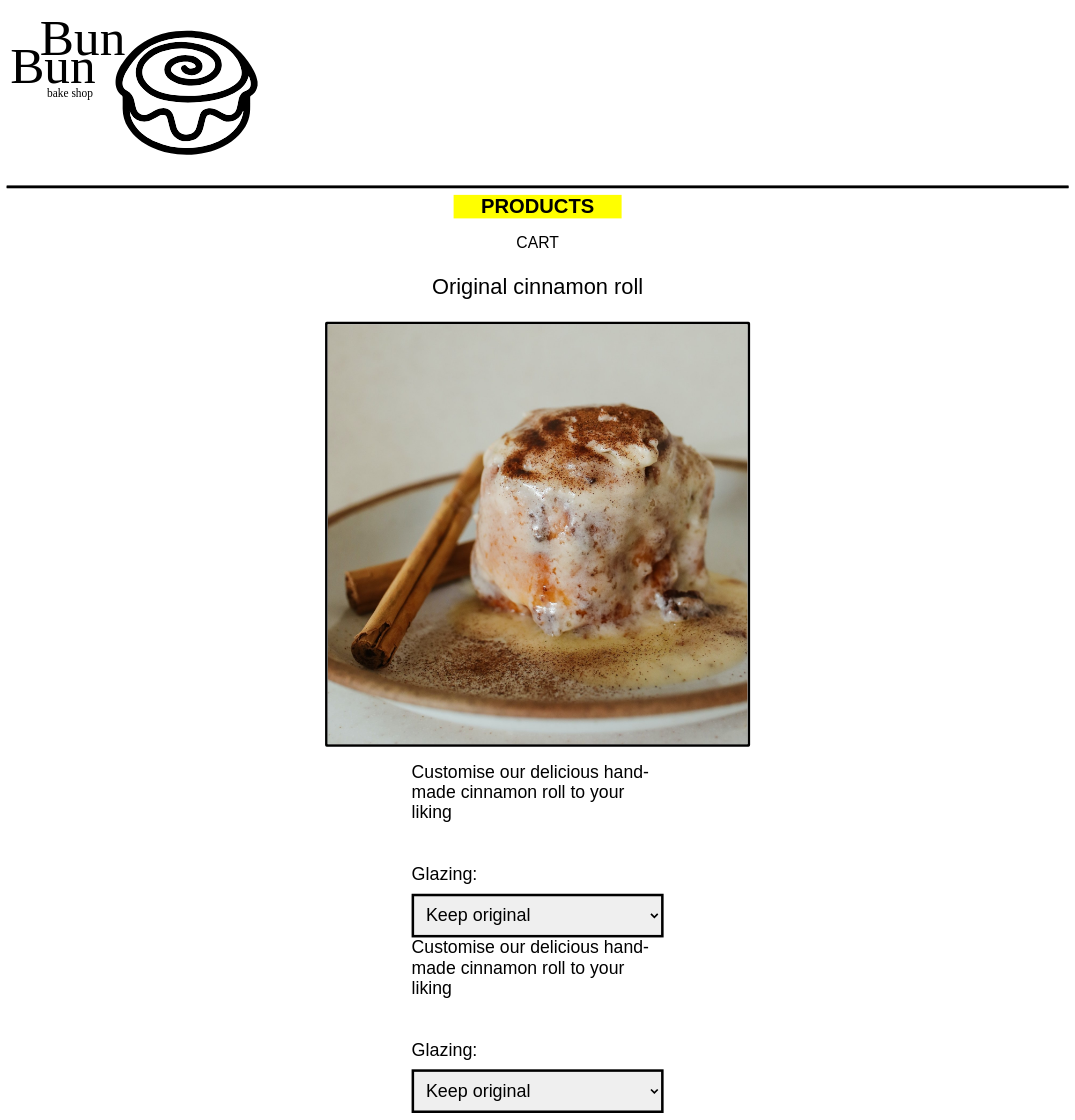
Repository: alicianghm/pui-hw
Page: solution-hw1/HW1-Detail.html
The author's editor kept a copy of each file at every save. The page is drawn from the files as they stood at one save, then again after the next save.
The browser window is 1280 px wide. The pictures show the whole page, at 84% of full size.

Above is the page before, as saved 2022-09-08 10:04:52.

### solution-hw1/HW1-Detail.html
<!DOCTYPE html>
<html>
  <head>
    <meta charset="utf-8">
    <meta name="author" content="Alicia Ng">
    <title>Bun Bun Bake Shop</title>
    <link href="hw1.css" rel="stylesheet" type="text/css">
  </head>
  <body>
    <h1 id="logo"><img src="assets/logo-01.svg"></h1>
    <hr size="3"
        color="black">
    <div id="nav">
      <h2 id="selectedButton">PRODUCTS</h2>
      <div class="cartButton"><h3>CART</h3></div>
    </div>
    <div>
      <p class="itemTitle"> Original cinnamon roll</p>
      <img src="assets/original-cinnamon-roll.jpeg" id="itemPage">
      <br>
      <div id="container">
        <p class="description"> Customise our delicious hand-made cinnamon roll to your liking</p>
          <p class="dropdownTitle">Glazing:</label>
          <div class="options">
            <select class="glazing">
              <option value="Keep original">Keep original</option>
              <option value="Sugar milk">Sugar milk</option>
              <option value="Vanilla milk">Vanilla milk</option>
              <option value="Double chocolate">Double chocolate</option>
            </select>
          </div>

      <p class="description"> Customise our delicious hand-made cinnamon roll to your liking</p>
      <p class="dropdownTitle">Glazing:</label>
      <div class="options">
        <select class="glazing">
          <option value="Keep original">Keep original</option>
          <option value="Sugar milk">Sugar milk</option>
          <option value="Vanilla milk">Vanilla milk</option>
          <option value="Double chocolate">Double chocolate</option>
        </select>
      </div>
      </div>
    </div>
  </body>
  </html>

### solution-hw1/hw1.css
body{
  font-family: Arial, Helvetica, sans-serif;
}

#logo{
  max-width: 300px;
}

h2,h3 {
  font-family: Arial, Helvetica, sans-serif;
  font-weight: 300;
  text-align: center;
}

a{
  text-decoration: none;
  color: black;
}

#nav:hover{
  width: 200px;
  margin: 0 auto;
}

.productButton :hover{
  background-color: yellow;
  vertical-align: middle;
  font-weight: 800;
}

.cartButton :hover{
  background-color: yellow;
  text-align: center;
  font-weight: 800;
}

#container{
  width: 300px;
  margin: 0 auto;
}

p {
  font-family: Arial, Helvetica, sans-serif;
  font-weight: 300;
  text-align: center;
}
#title{
  font-size: 32px;
}
.inventory{
  display: block;
  margin: 0 auto;
  width: 302px;
  padding: 2px;
}
.inventory:hover{
  background-color: yellow;
  margin: 0 auto;
  padding: 2px;
}

#itempic{
  width: 300px;
  margin: 0px auto 0px auto;
  border-radius: 2px;
  border-style: solid;
}
.item{
  text-decoration: underline;
  font-size: 26px;
  text-align: left;
  line-height: auto;
}

.price{
  font-size: 28px;
  text-align: left;
  line-height: 10pt;
}

#selectedButton{
  background-color: yellow;
  font-weight: 800;
  margin: 0 auto;
  width: 200px;

}

.itemTitle{
  font-size: 26px;
}

#itemPage{
  width: 500px;
  border-radius: 2px;
  border-style: solid;
  margin: 0 auto;
  display: block;
}

.description{
  width: 300px;
  margin: 0 auto;
  font-size: 21px;
  text-align: left;
  padding-bottom:50px;
}

.dropButton{
  color: red;
  background-color: white;
  border: black;
  border-style: solid;
  font-size: 16px;
  padding: 10px 50px 10px 5px;
}

.dropdown-detail{
  font-size: 16pt;
}

.glazing{
  font-size: 16pt;
  padding: 5px;
}

p.dropdownTitle{
  font-size: 16pt;
  padding-bottom: 10px;
  margin: 0 auto;
  text-align: left;
}

.glazing{
  font-size: 16pt;
  width: 300px;
  border: 3px;
  border-style: solid;
  border-color: black;
  padding: 10px;
}

After the next save:
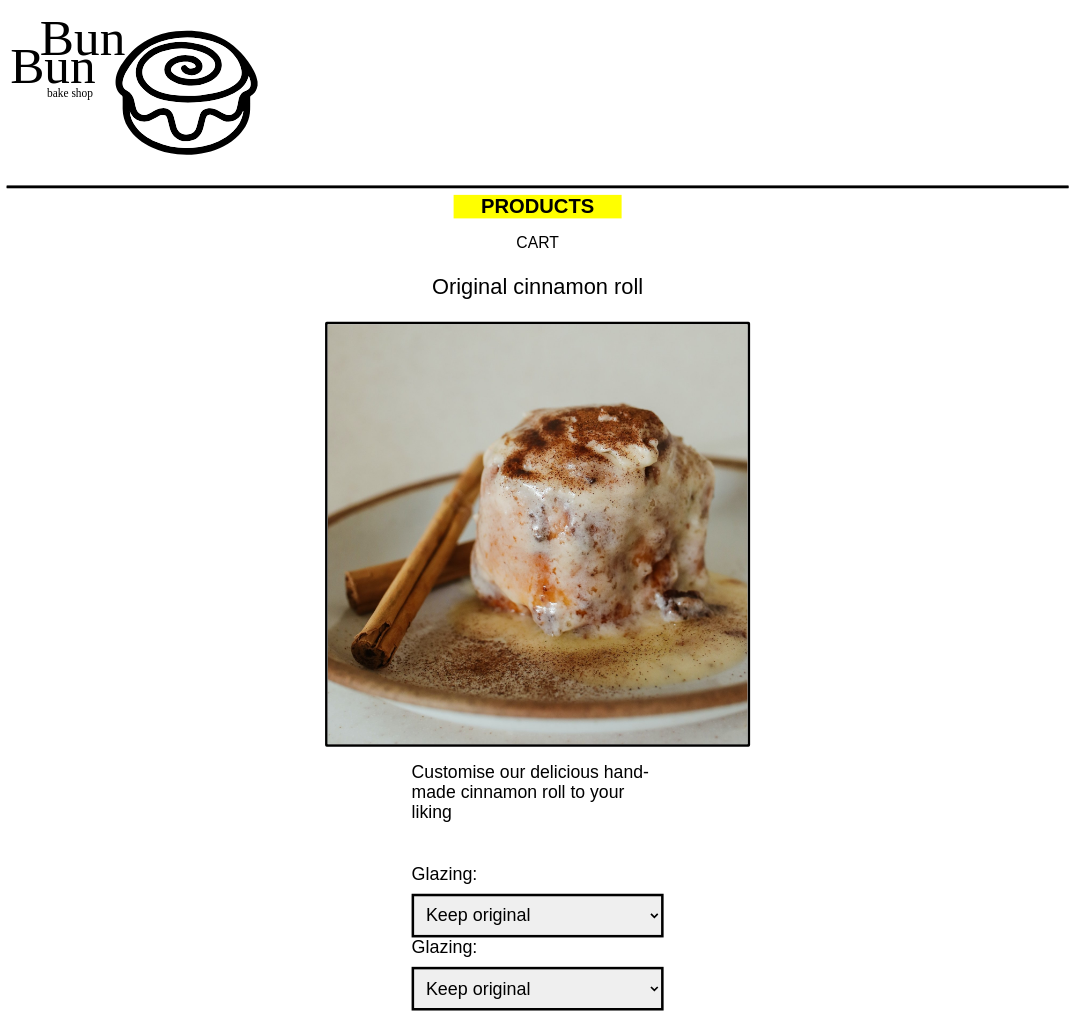
Saved 38 s later.
--- a/solution-hw1/HW1-Detail.html
+++ b/solution-hw1/HW1-Detail.html
@@ -30,16 +30,15 @@
             </select>
           </div>
 
-      <p class="description"> Customise our delicious hand-made cinnamon roll to your liking</p>
-      <p class="dropdownTitle">Glazing:</label>
-      <div class="options">
-        <select class="glazing">
-          <option value="Keep original">Keep original</option>
-          <option value="Sugar milk">Sugar milk</option>
-          <option value="Vanilla milk">Vanilla milk</option>
-          <option value="Double chocolate">Double chocolate</option>
-        </select>
-      </div>
+          <p class="dropdownTitle">Glazing:</label>
+          <div class="options">
+            <select class="glazing">
+              <option value="Keep original">Keep original</option>
+              <option value="Sugar milk">Sugar milk</option>
+              <option value="Vanilla milk">Vanilla milk</option>
+              <option value="Double chocolate">Double chocolate</option>
+            </select>
+          </div>
       </div>
     </div>
   </body>
